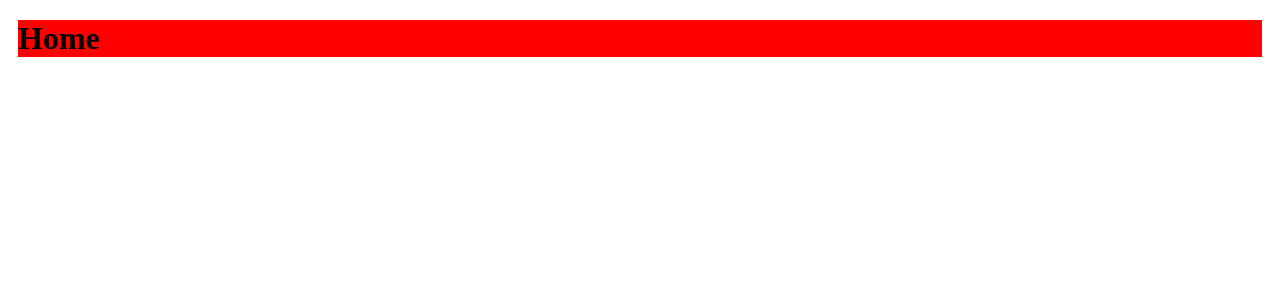
Repository: Arkitecth/news-webpage
Page: index.html
These files come from the project's save history. The page is drawn as it stood at one moment and after the next save; the edit follows.
The browser window is 1280 px wide. The pictures show the whole page.

Above is the page before, as saved 2023-06-06 16:31:47.

After the next save:
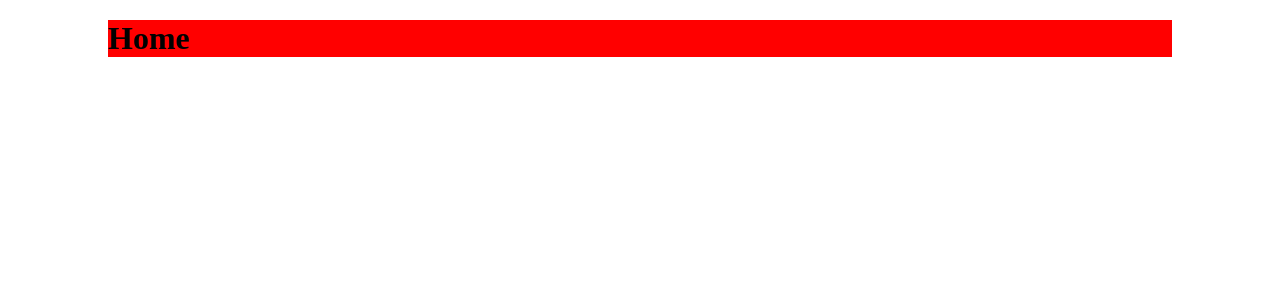
Saved 5 s later.
--- a/style.css
+++ b/style.css
@@ -1,4 +1,4 @@
 h1 {
-    margin: 20px 10px;
+    margin: 20px 100px;
     background-color: red;
 }
